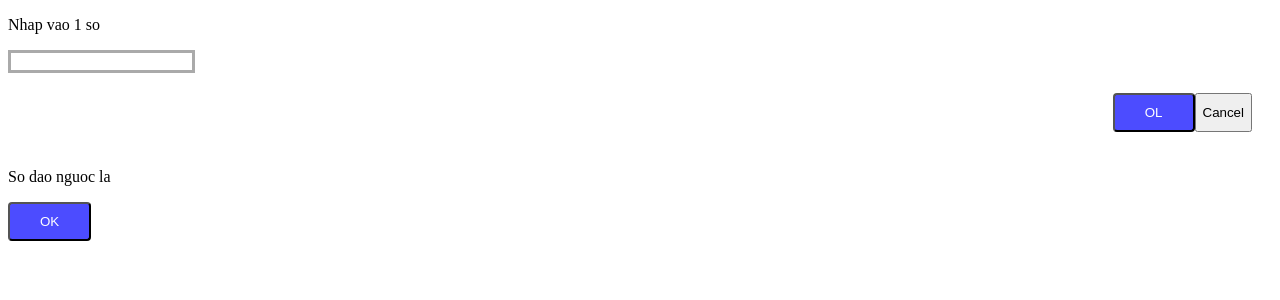
Repository: lhggiang/Sodaonguoc
Page: index.html
These files come from the project's save history. The page is drawn as it stood at one moment and after the next save; the edit follows.
The browser window is 1280 px wide. The pictures show the whole page.

Above is the page before, as saved 2023-05-19 06:54:17.

After the next save:
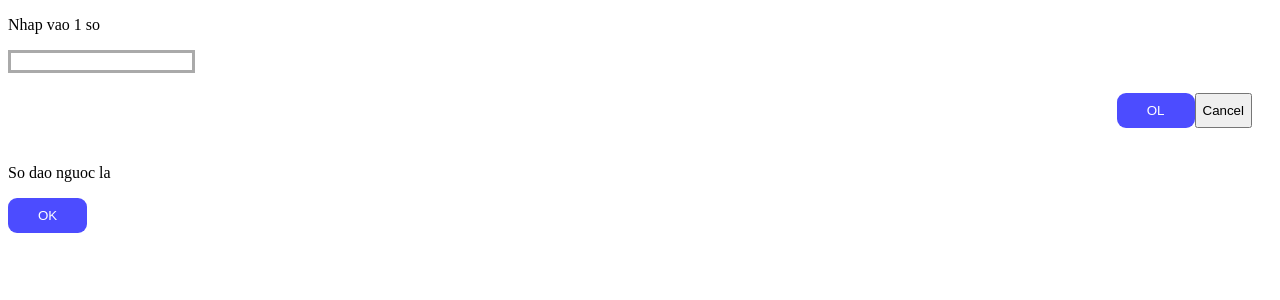
Saved 12 s later.
--- a/style.css
+++ b/style.css
@@ -12,5 +12,6 @@
   background: rgba(0, 0, 255, 0.7);
   padding: 10px 30px;
   color: white;
-  border-radius: 4px;
+  border-radius: 9px;
+  border: none;
 }
